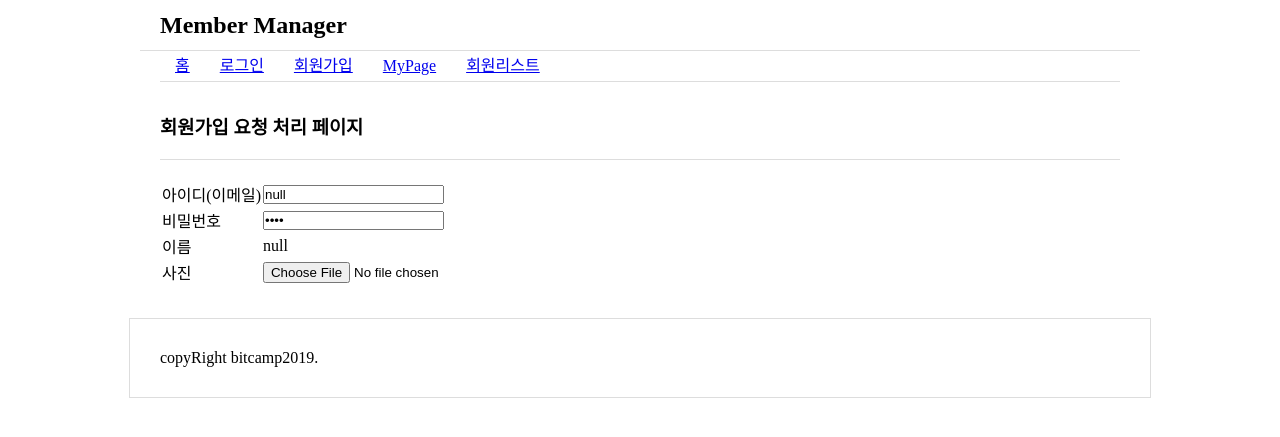
Repository: hhw9797/bitcampjn201904
Page: http://localhost/MemberManager/member/memberReg.jsp
These files come from the project's save history. The page is drawn as it stood at one moment and after the next save; the edit follows.
The browser window is 1280 px wide. The pictures show the whole page.
The page is served by Tomcat 9. Other server files are loaded and not shown.

Above is the page before, as saved 2019-06-26 08:15:13.

### html/html5/jsp/MemberManager/WebContent/member/memberReg.jsp
<%@ page language="java" contentType="text/html; charset=UTF-8"
	pageEncoding="UTF-8"%>
<!DOCTYPE html>
<html>
<head>
<meta charset="UTF-8">
<title>Insert title here</title>
<script src="https://code.jquery.com/jquery-1.12.4.js"></script>
<link href="/mm/css/default.css" rel="stylesheet" type="text/css">
<style>

</style>
</head>
<body>
<%
	request.setCharacterEncoding("utf-8");

	String userId = request.getParameter("uId");
	String userPw = request.getParameter("uPW");
	String userName = request.getParameter("uName");
%>
<!-- 헤더 시작 -->
<%@ include file="../frame/header.jsp" %>
<!-- 헤더 끝 -->


<!-- 네비게이션 시작 -->
<%@ include file="../frame/nav.jsp" %>
<!-- 네비게이션 끝 -->


<!-- 컨텐츠 시작 -->
	<div id="contents">
		<h3>회원가입 요청 처리 페이지</h3>
		<hr>
		<table>
			<tr>
				<td>아이디(이메일)</td>
				<td><input type="email" name="uId" value="<%= userId%>"></td>
			</tr>
			<tr>
				<td>비밀번호</td>
				<td><input type="password" name="uPw" value="<%= userPw%>"></td>
			</tr>
			<tr>
				<td>이름</td>
				<td><%= userName%></td>
			</tr>
			<tr>
				<td>사진</td>
				<td><input type="file" name="uPhoto"></td>
			</tr>
			<tr>
				<td></td>
				<td></td>
			</tr>
		</table>

	</div>
<!-- 컨텐츠 끝 -->


<!-- 푸터 시작 -->
<%@ include file="../frame/footer.jsp" %>
<!-- 푸터 끝 -->

</body>
</html>

### html/html5/jsp/MemberManager/WebContent/frame/header.jsp
<%@ page language="java" contentType="text/html; charset=UTF-8"
    pageEncoding="UTF-8"%>
<div id="header">
	<h2>Member Manager</h2>
</div>

### html/html5/jsp/MemberManager/WebContent/frame/nav.jsp
<%@ page language="java" contentType="text/html; charset=UTF-8"
    pageEncoding="UTF-8"%>
<div id="nav">
	<ul>
		<li><a href="<%= request.getContextPath() %>">홈</a></li>
		<li><a href="<%= request.getContextPath() %>/member/login.jsp">로그인</a></li>
		<li><a href="<%= request.getContextPath() %>/member/memberRegForm.jsp">회원가입</a></li>
		<li><a href="<%= request.getContextPath() %>/member/myPage.jsp">MyPage</a></li>
		<li><a href="<%= request.getContextPath() %>/member/memberlist.jsp">회원리스트</a></li>

	</ul>
</div>

### html/html5/jsp/MemberManager/WebContent/frame/footer.jsp
<%@ page language="java" contentType="text/html; charset=UTF-8"
    pageEncoding="UTF-8"%>
<div id="footer">
	copyRight bitcamp2019.
</div>

### html/html5/jsp/MemberManager/WebContent/css/default.css
@charset "UTF-8";

	* {
		margin : 0;
		padding : 0;
	}

	div {
		width : 960px;
		margin : 0 auto;
	}

	#header {
		height: 50px;
		padding : 0 20px;
		border-bottom : 1px solid #DDD;
	}

	#header>h2 {
		line-height: 50px;
	}

	#nav {
		height : 30px;
		border-bottom: 1px solid #DDD;
	}

	#nav>ul {
		overflow : hidden; /* 또는 contents 에서 clear both */
	}

	#nav>ul>li {
		list-style : none;
		float: left;
		padding: 0 15px;

		line-height: 30px;
	}

	#contents {
		padding : 30px;

	}

	hr {
		border: 0;
		border-bottom: 1px solid #DDD;
		margin: 20px 0;
	}

	#footer {
		border: 1px solid #DDD;
		padding: 30px;
	}

After the next save:
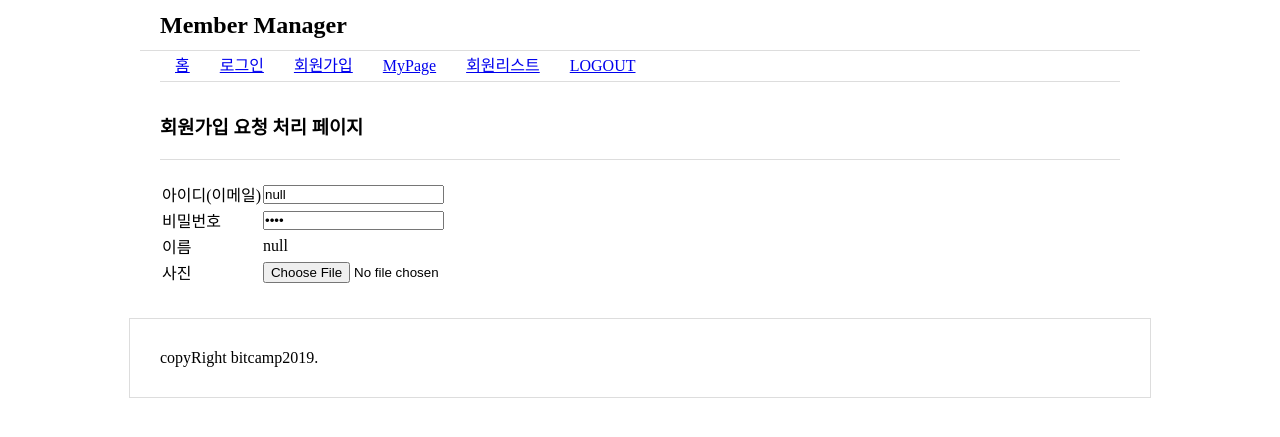
Saved 30 s later.
--- a/html/html5/jsp/MemberManager/WebContent/frame/nav.jsp
+++ b/html/html5/jsp/MemberManager/WebContent/frame/nav.jsp
@@ -7,6 +7,6 @@
 		<li><a href="<%= request.getContextPath() %>/member/memberRegForm.jsp">회원가입</a></li>
 		<li><a href="<%= request.getContextPath() %>/member/myPage.jsp">MyPage</a></li>
 		<li><a href="<%= request.getContextPath() %>/member/memberlist.jsp">회원리스트</a></li>
-
+		<li><a href="<%= request.getContextPath() %>/member/logout.jsp">LOGOUT</a></li>
 	</ul>
 </div>
